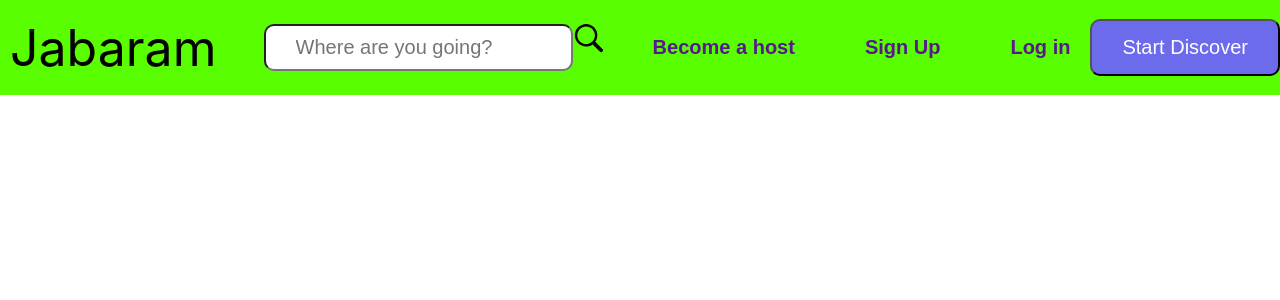
Repository: manahiang/Jabaram-web
Page: / (app in src/)
The author's editor kept a copy of each file at every save. The page is drawn from the files as they stood at one save, then again after the next save.
The browser window is 1280 px wide. The pictures show the whole page.
The project was rebuilt for these pictures with package versions that can differ from the ones it lists, and the page was loaded fresh each time. Also part of the build but not shown: src/src/App.css.

Above is the page before, as saved 2022-11-30 09:49:11.

### src/src/index.css
body {
  margin: 0;
  padding: 0;
  font-family: -apple-system, BlinkMacSystemFont, 'Segoe UI', 'Roboto', 'Oxygen',
    'Ubuntu', 'Cantarell', 'Fira Sans', 'Droid Sans', 'Helvetica Neue',
    sans-serif;
  -webkit-font-smoothing: antialiased;
  -moz-osx-font-smoothing: grayscale;
}

code {
  font-family: source-code-pro, Menlo, Monaco, Consolas, 'Courier New',
    monospace;
}
.container{
  width: 100%;
  height: auto;
  background-color: rgb(227, 212, 194);
}
.header{
  max-width: 1780px;
  height: auto;
  background-color: rgb(89, 255, 0);
  margin: auto;
  display: flex;
  align-items: center;
  justify-content:space-between
}
.header ul li{
  display: inline-block;
  padding: 20px;
  margin-left: 20px;
  transition: all 0.5s;
}
.header ul li a{
  text-decoration: none;
  font-size: 20px;
  font-family:Arial, Helvetica, sans-serif;
  font-weight: 800;
 transition: all 0.5s;
 margin-left: 10px;
}
.header ul li:hover {
  color: rgb(41, 34, 34);
  background-color: rgb(195, 173, 173);
  border-radius: 10px;
}
.menu input{
  padding: 10px;
  outline: none;
  border-radius: 10px;
  padding-left: 30px;
  font-size: 20px;
}
.menu ul   button{
  font-size: 20px;
  background-color: rgb(107, 107, 235);
  color: white;
  padding: 15px;
  padding-left: 30px;
  padding-right: 30px;
  border-radius: 10px;
  outline: none;
  cursor: pointer;
}
.icon-search{
  font-size: 30px;
  color: black;
}
.icon-search-Go{
  transform: translate(-20px,);
}
/* Logo */

.logo{
  margin-left: 10px;
  font-size: 50px;
  cursor: pointer;
}

### src/src/App.js

import './App.css';
import'./index.css';
import Header from './header';

function App() {
  return (
    <>
    <Header/>
    </>
  );
}

export default App;

### src/src/header.js
import React from 'react'
import { GoSearch } from "react-icons/go";

function Header() {
    return (
        <div className='container'>
            <div className='header'>
                <div className='logo'>Jabaram</div>
                <div className='menu'>
                    <ul>
                        <input placeholder='Where are you going?' />
                        <span className='icon-search'><GoSearch className='icon-search-Go'/></span>
                        <li><a href=''>Become a host</a></li>
                        <li><a href=''>Sign Up</a></li>
                        <li><a href=''>Log in</a></li>
                        <button>Start Discover</button>
                    </ul>
                </div>
            </div>
        </div>
    )
}

export default Header

Loaded but not shown: src/public/index.html (common file); src/src/index.js (common file); src/src/reportWebVitals.js (common file)

After the next save:
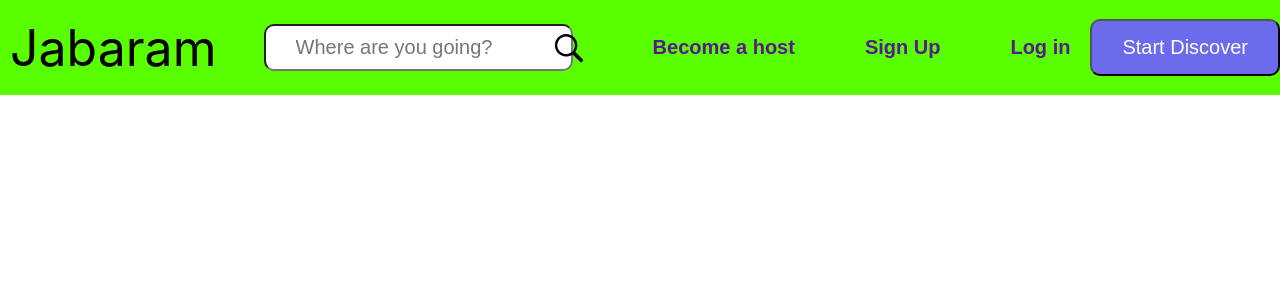
Saved 4 s later.
--- a/src/src/index.css
+++ b/src/src/index.css
@@ -68,7 +68,7 @@ code {
   color: black;
 }
 .icon-search-Go{
-  transform: translate(-20px,);
+  transform: translate(-20px,10px);
 }
 /* Logo */
 
